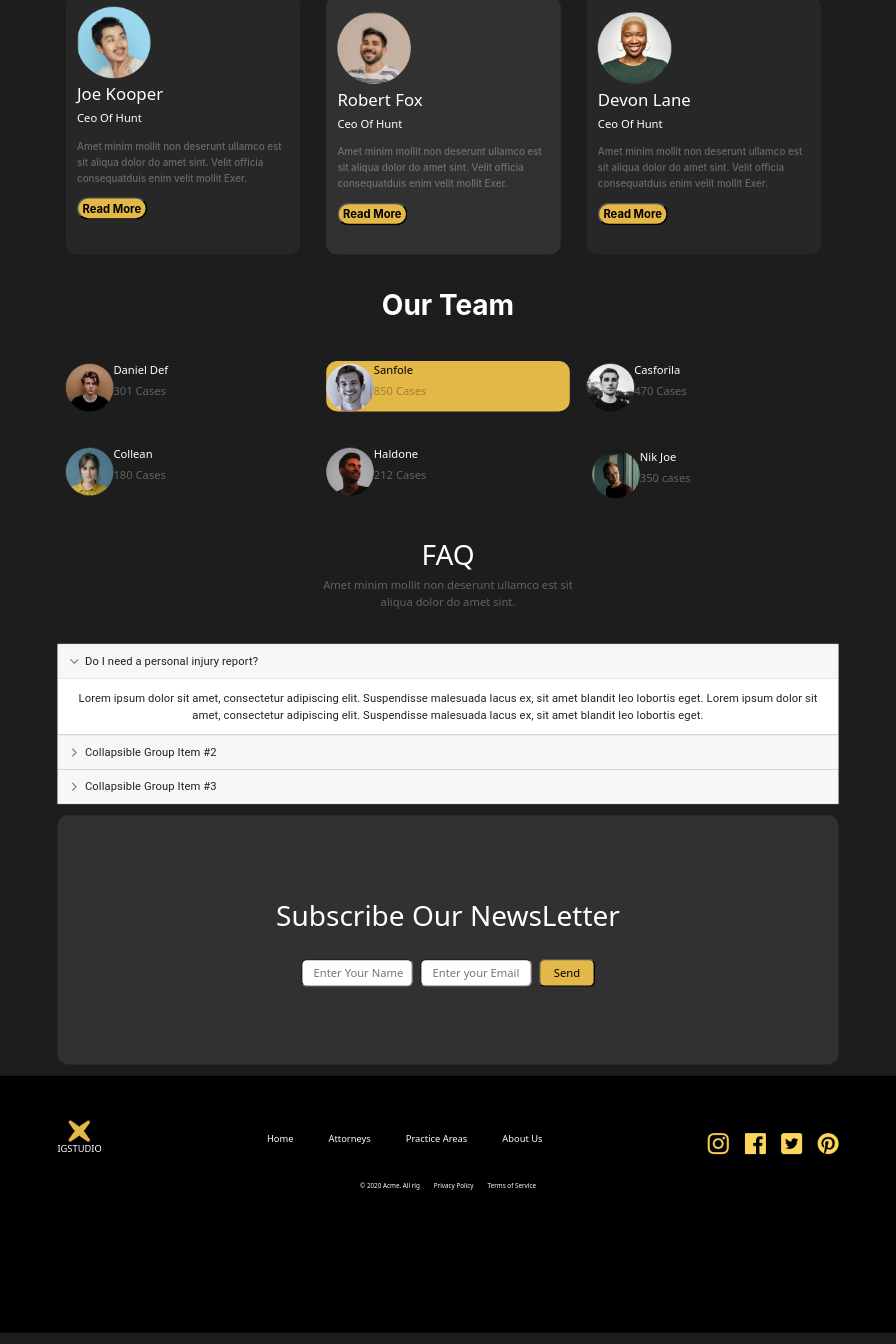
Repository: Senthil-Bala/LawFirm
Page: /
These files come from the project's save history. The page is drawn as it stood at one moment and after a run of saves; the edit follows.
The browser window is 1280 px wide. The pictures show the part of the page from y = 2314 to 4234 px (the page is 4234 px tall), at 70% of full size.
The project was rebuilt for these pictures with package versions that can differ from the ones it lists, and the page was loaded fresh each time. Also part of the build but not shown: src/App.css.

Above is the page before, as saved 2023-11-29 19:44:12.

After the next 3 saves:
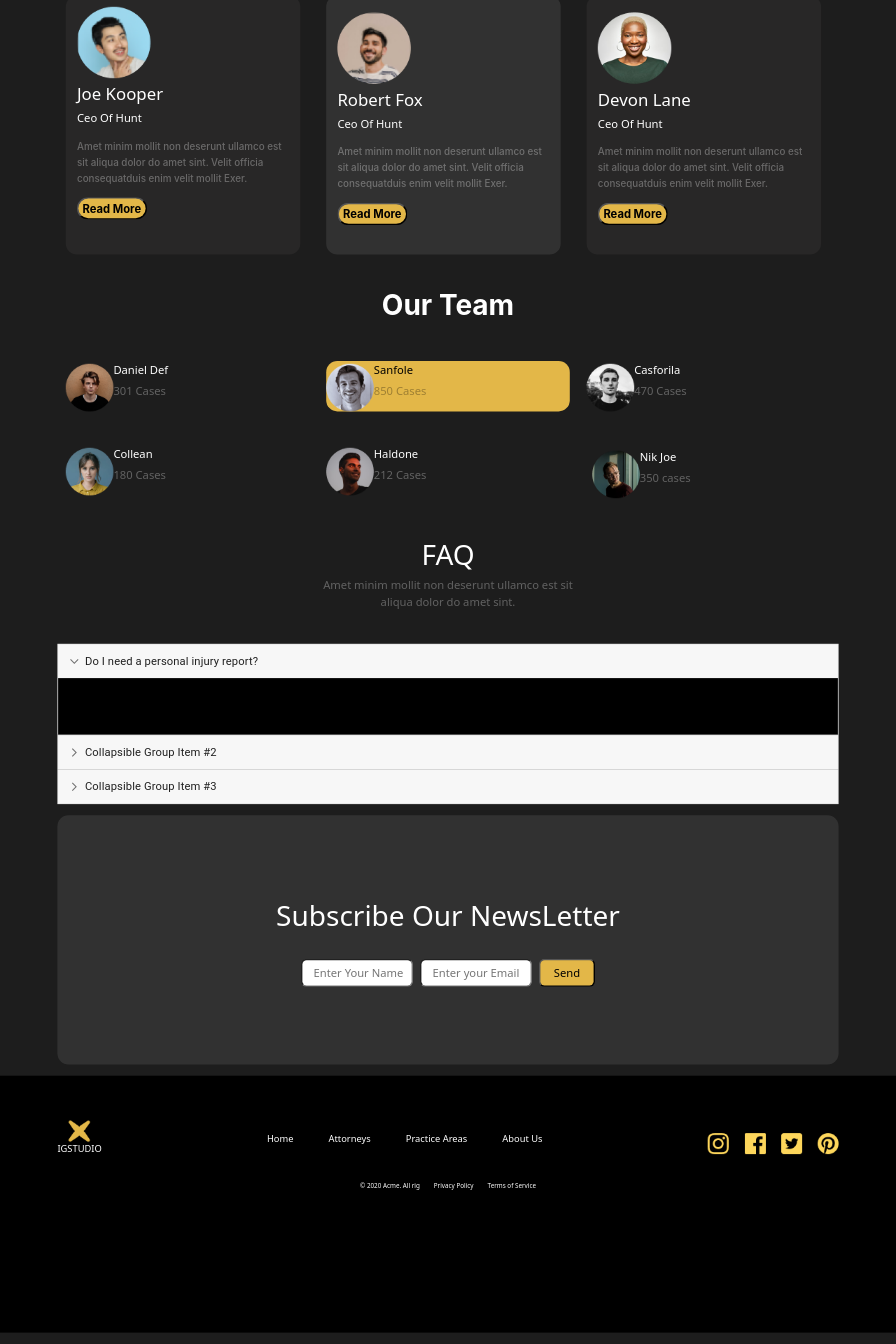
The 3 saves are shown as one change because they came seconds apart.
The last was saved 19 s later.
--- a/src/Components/Frequents/Accordionss.css
+++ b/src/Components/Frequents/Accordionss.css
@@ -1,3 +1,4 @@
 .details{
-
+    background-color: black;
+    colo
 }
